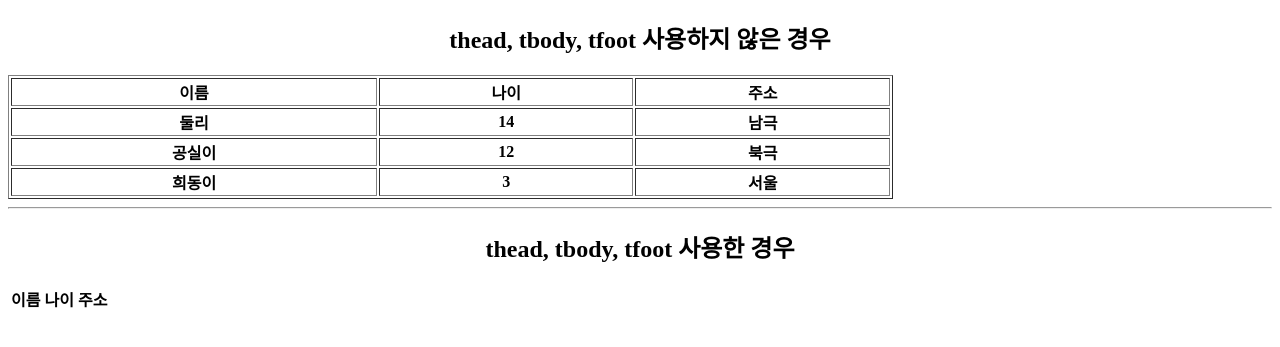
Repository: Kebiskim/2023_WebStudy
Page: 01_01_html/src/main/webapp/day02/Ex09_table.html
An editor plug-in stored every save of this project. The page is shown before and after the next save, followed by the edit.
The browser window is 1280 px wide. The pictures show the whole page.

Above is the page before, as saved 2023-06-20 04:02:36.

### 01_01_html/src/main/webapp/day02/Ex09_table.html
<!DOCTYPE html>
<html>
<head>
<meta charset="UTF-8">
<title>table : 테이블 (표)</title>
</head>
<body>
<!--
	table 태그 안에 존재하는 태그들
	- thread 태그 : 테이블의 머리글, 생략가능
	- tbody 태그 : 테이블 본문
	- tfoot 태그 : 테이블의 꼬리글, 생략가능

	-- tr 태그 : 행
		--- th 태그 : 행안에 존재하는 컬럼
		--- td 태그

		테이블 태그에 테두리를 지정하지 않으면 나타나지 않음
		보통 style을 지정해서 테이블 테두리를 만든다.
 -->

 <h2 style="text-align: center;">thead, tbody, tfoot 사용하지 않은 경우</h2>
 <!-- style="width: 70%" : 전체화면의 70% -->
 <!-- style="margin: 0 auto" : 가운데 정렬 -->
 <table style="width: 70%"; margin="0 auto" border="1px">
 	<tr>
 		<th>이름</th><th>나이</th><th>주소</th>
 	</tr>
 	<tr>
 		<th>둘리</th><th>14</th><th>남극</th>
 	</tr>
 	<tr>
 		<th>공실이</th><th>12</th><th>북극</th>
 	</tr>
 	<tr>
 		<th>희동이</th><th>3</th><th>서울</th>
 	</tr>
 </table>

 <hr>
  <h2 style="text-align: center;">thead, tbody, tfoot 사용한 경우</h2>
  <table>
    <thead>
    	<th>이름</th><th>나이</th><th>주소</th>
    </thead>
    <tbody>

    </tbody>
  </table>


</body>
</html>

After the next save:
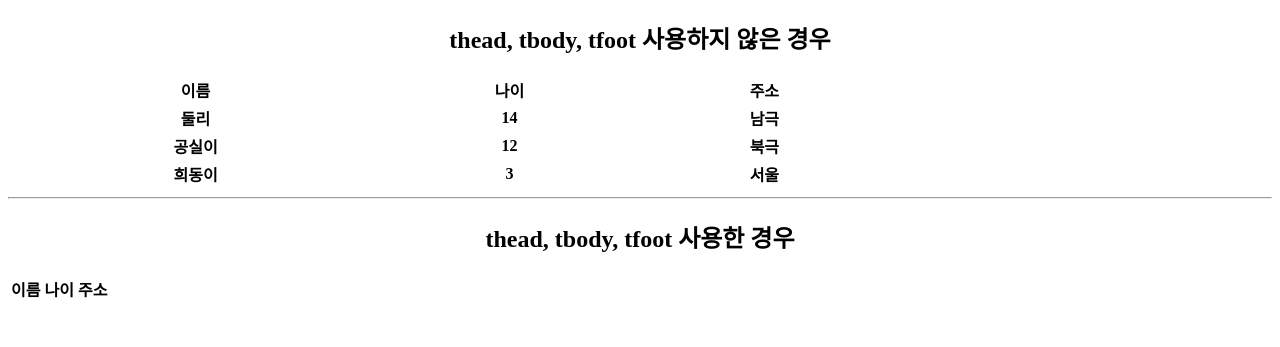
Saved 9 s later.
--- a/01_01_html/src/main/webapp/day02/Ex09_table.html
+++ b/01_01_html/src/main/webapp/day02/Ex09_table.html
@@ -22,7 +22,7 @@
  <h2 style="text-align: center;">thead, tbody, tfoot 사용하지 않은 경우</h2>
  <!-- style="width: 70%" : 전체화면의 70% -->
  <!-- style="margin: 0 auto" : 가운데 정렬 -->
- <table style="width: 70%"; margin="0 auto" border="1px">
+ <table style="width: 70%"; margin= border="1px">
  	<tr>
  		<th>이름</th><th>나이</th><th>주소</th>
  	</tr>
